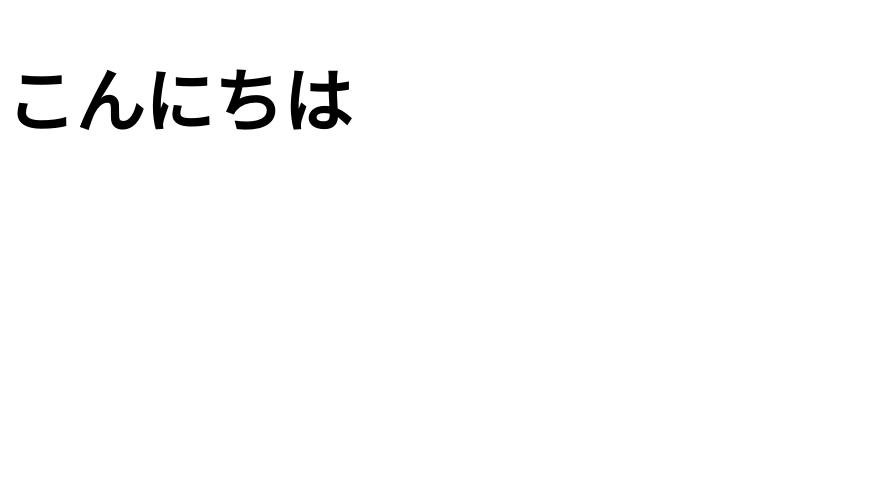
Repository: myojosamurai/Samurai_JS-
Page: javascript1/index10-4.html
The author's editor kept a record of every edit. The page is drawn from the files as they stood at one moment, then again after the next edit.
The browser window is 1280 px wide. The pictures show the part of the page from y = 0 to 1920 px (the page is 720 px tall before and 3616 px after), at 70% of full size.

Above is the page before.

### javascript1/index10-4.html
<!DOCTYPE html>
<html lang="ja">
  <head>
    <meta charset="utf-8">
    <title>10.4 スクロールで追尾するボタンを作成しよう</title>
  </head>
<body>
    <h1 id="text">こんにちは</h1>

    <script>
    const h1 = document.getElementById("text");
    let count = 0;

    const timer = setInterval(() => {
        h1.style.fontSize = count + `px`;
        count++;

        if (count >= 100) clearInterval(timer);
    }, 10);
    </script>
</body>
</html>

After the next edit:
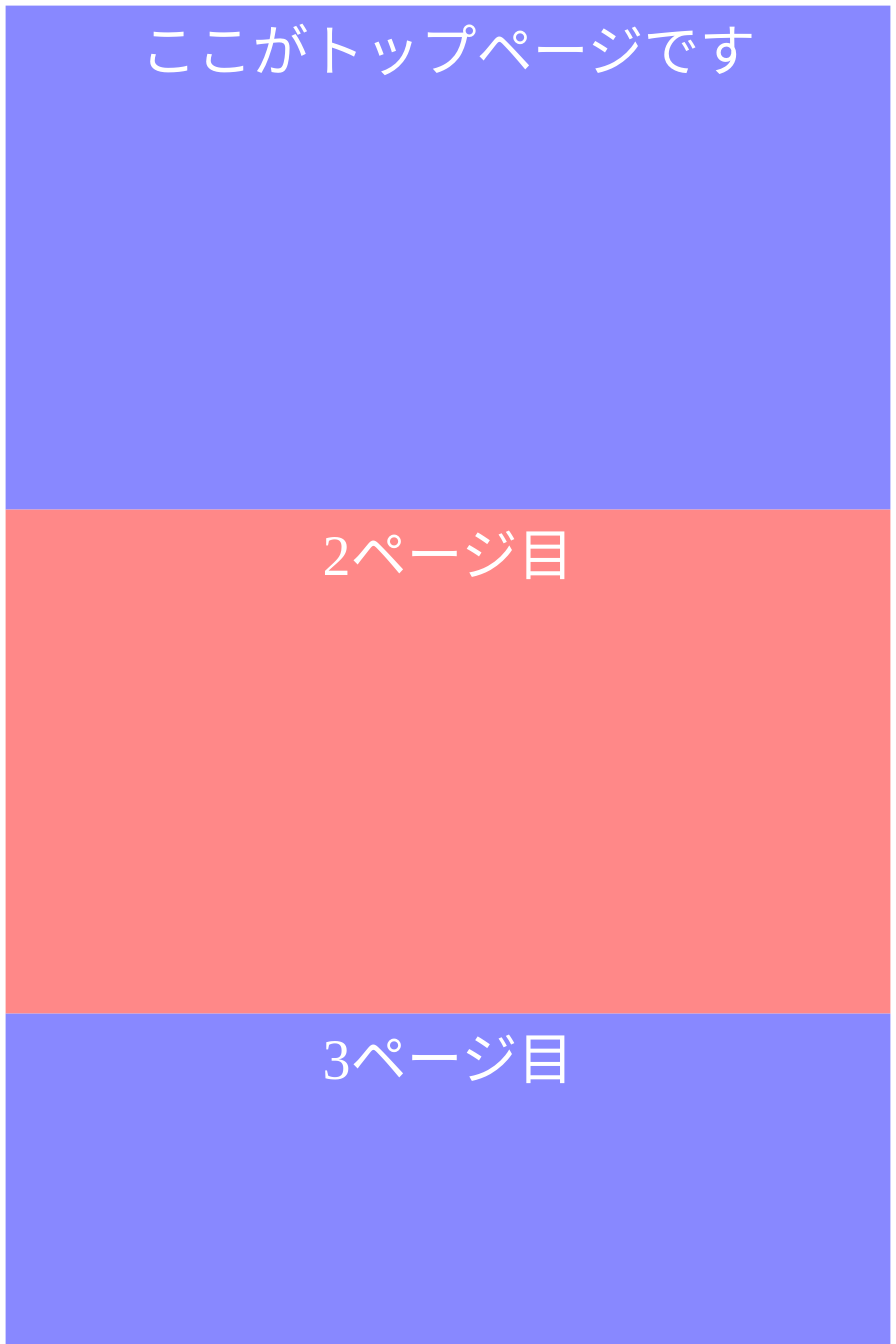
The edit:
--- a/javascript1/index10-4.html
+++ b/javascript1/index10-4.html
@@ -3,20 +3,33 @@
   <head>
     <meta charset="utf-8">
     <title>10.4 スクロールで追尾するボタンを作成しよう</title>
+  <style>
+    .screenBlue {
+      height: 100vh;
+      color: #fff;
+      font-size: 5em;
+      text-align: center;
+      background-color: #88f;
+    }
+
+    .screenRed {
+      height: 100vh;
+      color: #fff;
+      font-size: 5em;
+      text-align: center;
+      background-color: #f88;
+    }
+  </style>
   </head>
 <body>
-    <h1 id="text">こんにちは</h1>
+    <div class="screenBlue">ここがトップページです</div>
+    <div class="screenRed">2ページ目</div>
+    <div class="screenBlue">3ページ目</div>
+    <div class="screenRed">4ページ目</div>
+    <div class="screenBlue">5ページ目</div>
 
     <script>
-    const h1 = document.getElementById("text");
-    let count = 0;
-
-    const timer = setInterval(() => {
-        h1.style.fontSize = count + `px`;
-        count++;
-
-        if (count >= 100) clearInterval(timer);
-    }, 10);
+        //JavaScriptを記述する場所
     </script>
 </body>
 </html>
